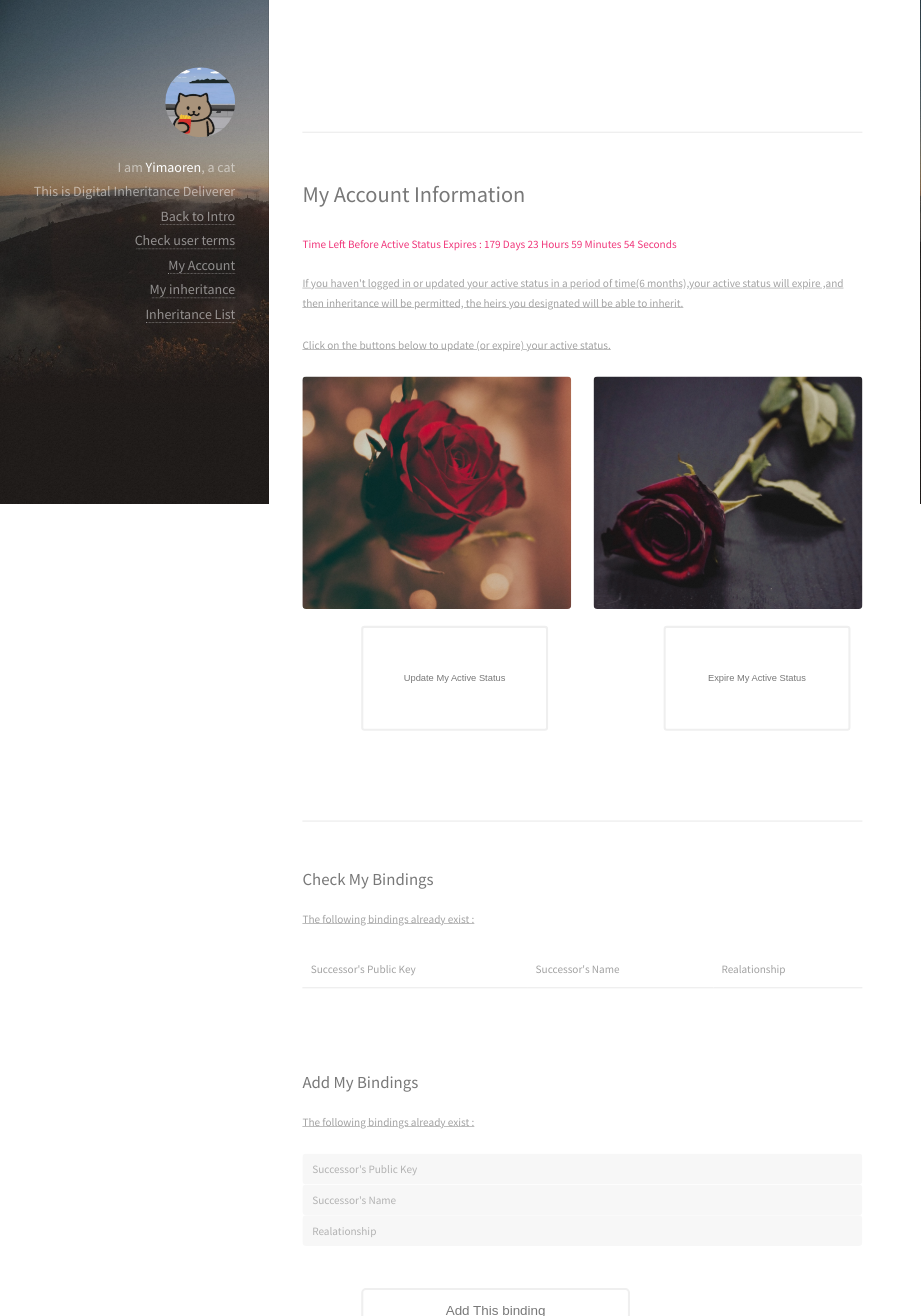
Repository: 1mocat/DID-blockchain-project
Page: Digital_I_D/app/src/my_inher.html
An editor plug-in stored every save of this project. The page is shown before and after the next save, followed by the edit.
The browser window is 1280 px wide. The page is 1315 px wide, so the pictures cover 1315 px, including what lies to the right of the window. The pictures show the part of the page from y = 0 to 1880 px (the page is 2610 px tall before and 2434 px after), at 70% of full size.

Above is the page before, as saved 2023-10-03 13:14:26.

After the next save:
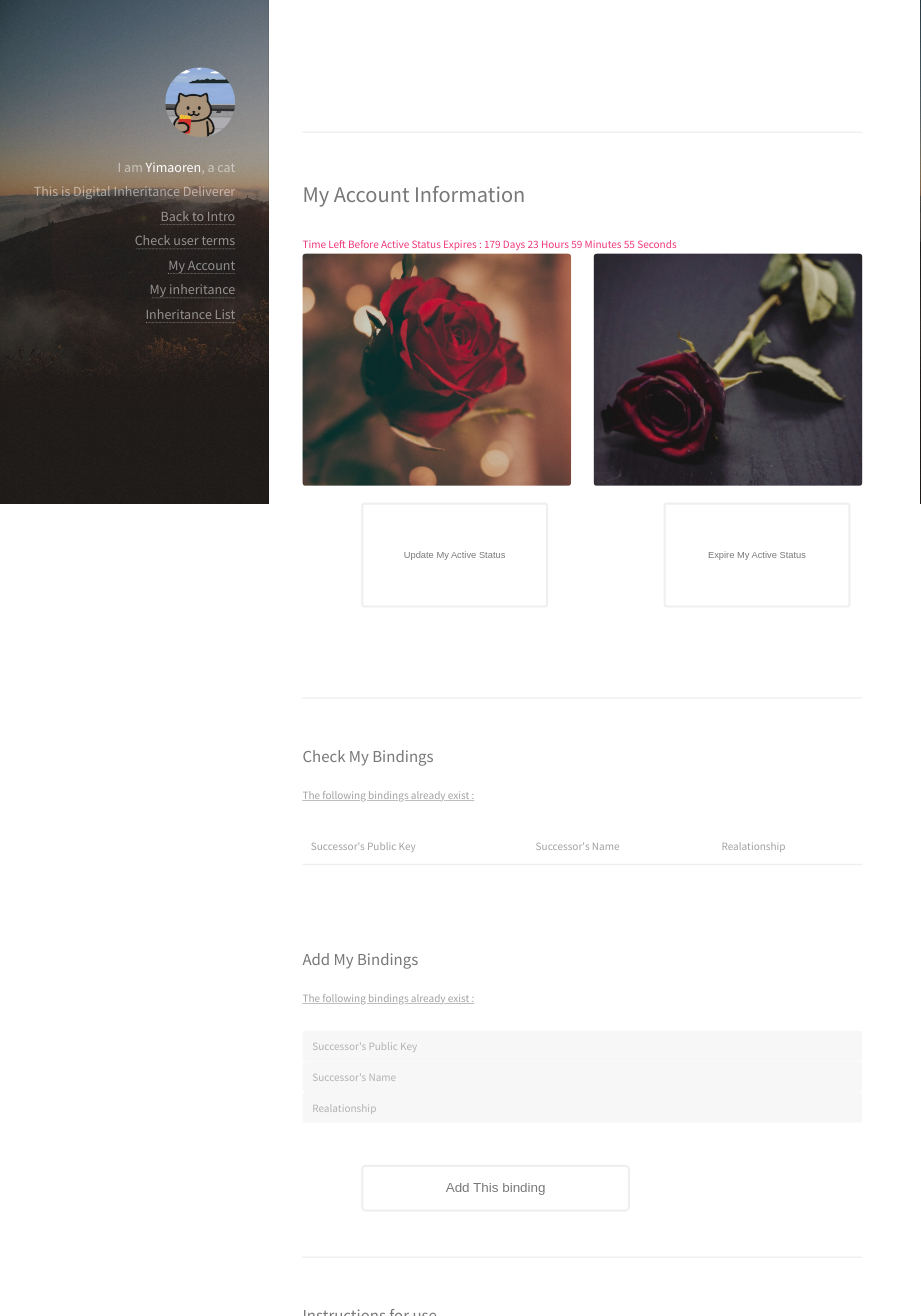
Saved 33 s later.
--- a/Digital_I_D/app/src/my_inher.html
+++ b/Digital_I_D/app/src/my_inher.html
@@ -111,12 +111,6 @@
 					setInterval(updateCountdown, 1000);
 				</script>
 			</header>
-
-			<p><br><u>If you haven't logged in or updated your active status in a period of time(6 months),your active
-					status will expire ,and then inheritance will be permitted, the heirs you designated will be able to
-					inherit.</u>
-			</p>
-			<p><u> Click on the buttons below to update (or expire) your active status. </u> </p>
 
 			<div class="row">
 				<article class="col-6 col-12-xsmall work-item">
